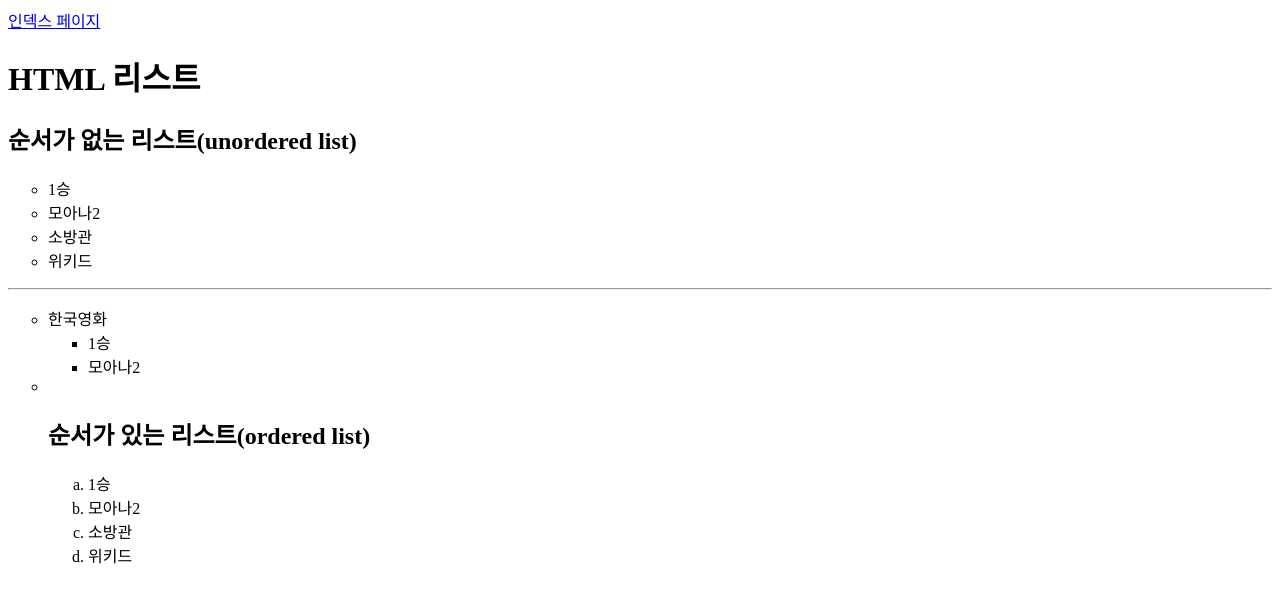
Repository: Sid0130/HTML
Page: lab-web/lab01_html/src/main/webapp/list.html
These files come from the project's save history. The page is drawn as it stood at one moment and after the next save; the edit follows.
The browser window is 1280 px wide. The pictures show the whole page.

Above is the page before, as saved 2024-12-03 06:24:05.

After the next save:
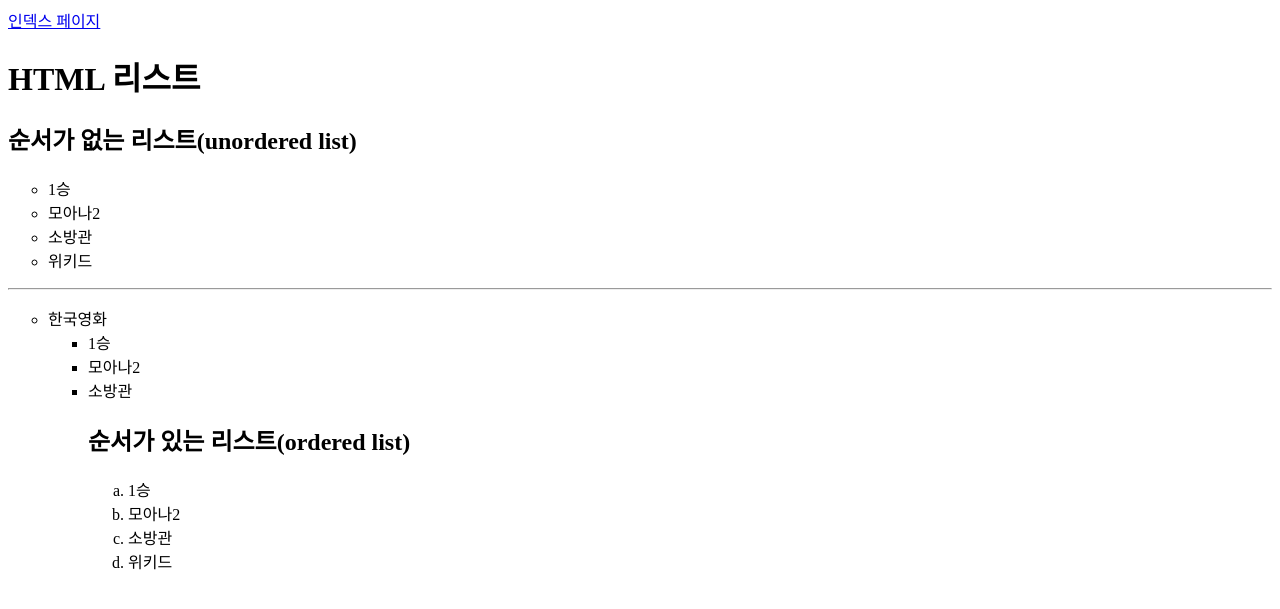
Saved 12 s later.
--- a/lab-web/lab01_html/src/main/webapp/list.html
+++ b/lab-web/lab01_html/src/main/webapp/list.html
@@ -32,7 +32,8 @@
                         <li>1승</li>
                         <li>모아나2</li>
                     </ul>
-                        <li> </li>
+                    <ul style="list-style: square;">
+                        <li>소방관</li>
 
             <h2>순서가 있는 리스트(ordered list)</h2>
 
